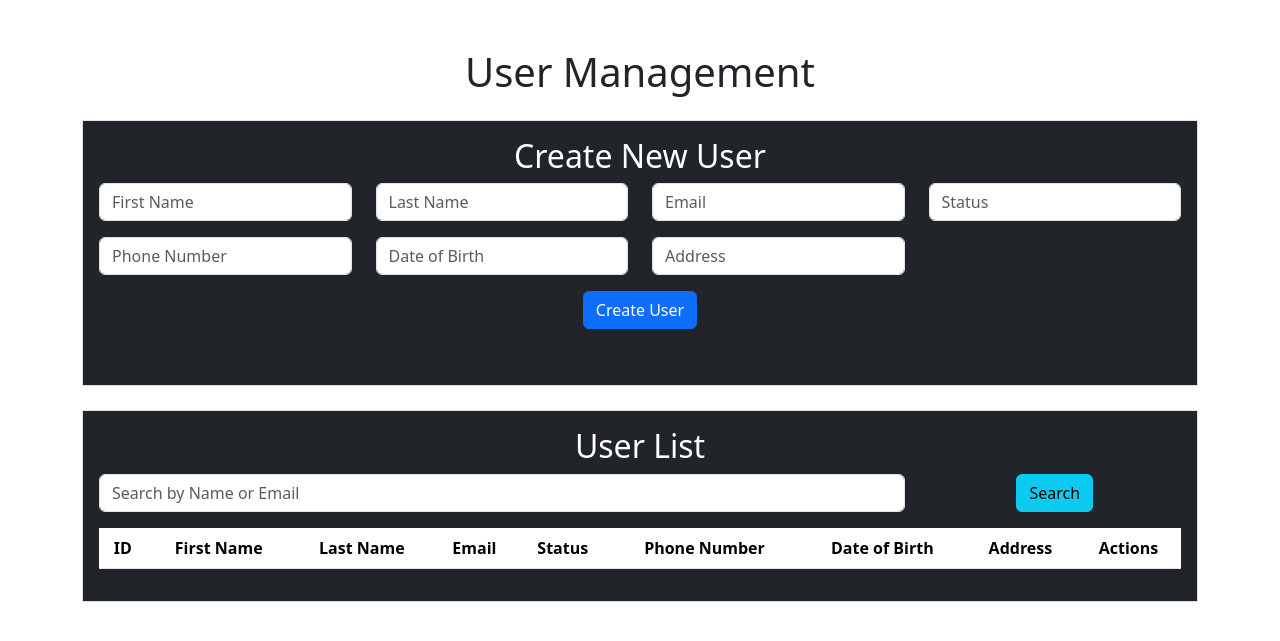
Repository: nairshreejith/reactstudent3
Page: /
The author's editor kept a copy of each file at every save. The page is drawn from the files as they stood at one save, then again after the next save.
The browser window is 1280 px wide. The pictures show the whole page.
The page's requests for data from a server got no answer. The project was rebuilt for these pictures with package versions that can differ from the ones it lists, and the page was loaded fresh each time. No one was signed in, and anything a server would have sent is missing.

Above is the page before, as saved 2023-09-15 15:40:05.

### src/App.js
import React, { useState, useEffect } from 'react';
import './App.css';
import './custom.css';
import axios from 'axios';

// Create an instance of Axios with your server's base URL
const api = axios.create({
  baseURL: 'http://localhost:8091', // Replace with your server's URL
});

function App() {
  const [users, setUsers] = useState([]);
  const [searchTerm, setSearchTerm] = useState('');
  const [newUser, setNewUser] = useState({
    firstname: '',
    lastname: '',
    email: '',
    status: '',
    phonenumber: '',
    dob: '',
    address: '',
  });
  const [editingUser, setEditingUser] = useState(null); // Track the user being edited

  useEffect(() => {
    // Fetch user data from the backend API on component mount
    fetchUsers();
  }, []);

  const fetchUsers = () => {
    api.get(`/api/users`)
      .then((response) => setUsers(response.data))
      .catch((error) => console.error(error));
  };

  const handleSearch = () => {
    // Make a GET request to search users by name or email
    api.get(`/api/users/search/${searchTerm}`)
      .then((response) => setUsers(response.data))
      .catch((error) => console.error(error));
  };

  const handleModifyUser = (id) => {
    // Implement the logic to modify a user's data
    const modifiedUserData = users.find((user) => user.id === id);

    api.put(`/api/users/${id}`, modifiedUserData)
      .then(() => {
        // Refresh user list after modification
        fetchUsers();
        setEditingUser(null); // Clear the editing state
      })
      .catch((error) => console.error(error));
  };

  const handleCreateUser = () => {
    // Make a POST request to create a new user
    api.post('/api/users', newUser)
      .then(() => {
        // Refresh user list after creation
        fetchUsers();
        setNewUser({
          firstname: '',
          lastname: '',
          email: '',
          status: '',
          phonenumber: '',
          dob: '',
          address: '',
        }); // Clear the input fields
      })
      .catch((error) => console.error(error));
  };

  const handleDeleteUser = (id) => {
    // Make a DELETE request to delete a user by ID
    api.delete(`/api/users/${id}`)
      .then(() => {
        // Refresh user list after deletion
        fetchUsers();
      })
      .catch((error) => console.error(error));
  };

  return (
    <div className="App container mt-5">
      <h1 className="mb-4">User Management</h1>
      <div className="border bg-dark text-white p-3 mb-4">
        <h2>Create New User</h2>
        <div className="row">
          <div className="col-md-3">
            <input type="text" className="form-control" placeholder="First Name" value={newUser.firstname} onChange={(e) => setNewUser({ ...newUser, firstname: e.target.value })} />
          </div>
          <div className="col-md-3">
            <input type="text" className="form-control" placeholder="Last Name" value={newUser.lastname} onChange={(e) => setNewUser({ ...newUser, lastname: e.target.value })} />
          </div>
          <div className="col-md-3">
            <input type="text" className="form-control" placeholder="Email" value={newUser.email} onChange={(e) => setNewUser({ ...newUser, email: e.target.value })} />
          </div>
          <div className="col-md-3">
            <input type="text" className="form-control" placeholder="Status" value={newUser.status} onChange={(e) => setNewUser({ ...newUser, status: e.target.value })} />
          </div>
        </div>
        <div className="row mt-3">
          <div className="col-md-3">
            <input type="text" className="form-control" placeholder="Phone Number" value={newUser.phonenumber} onChange={(e) => setNewUser({ ...newUser, phonenumber: e.target.value })} />
          </div>
          <div className="col-md-3">
            <input type="text" className="form-control" placeholder="Date of Birth" value={newUser.dob} onChange={(e) => setNewUser({ ...newUser, dob: e.target.value })} />
          </div>
          <div className="col-md-3">
            <input type="text" className="form-control" placeholder="Address" value={newUser.address} onChange={(e) => setNewUser({ ...newUser, address: e.target.value })} />
          </div>
          <div className="mb-4 p-3">
            <button className="btn btn-primary" onClick={handleCreateUser}>Create User</button>
          </div>
        </div>
      </div>
      <div className="border bg-dark text-white p-3 mb-4">
        <h2>User List</h2>
        <div className="mb-3">
          <div className="row">
            <div className="col-md-9">
              <input type="text" className="form-control" placeholder="Search by Name or Email" value={searchTerm} onChange={(e) => setSearchTerm(e.target.value)} />
            </div>
            <div className="col-md-3">
              <button className="btn btn-info" onClick={handleSearch}>Search</button>
            </div>
          </div>
        </div>
        <table className="table table-striped">
          <thead>
            <tr>
              <th>ID</th>
              <th>First Name</th>
              <th>Last Name</th>
              <th>Email</th>
              <th>Status</th>
              <th>Phone Number</th>
              <th>Date of Birth</th>
              <th>Address</th>
              <th>Actions</th>
            </tr>
          </thead>
          <tbody>
            {users.map((user) => (
              <tr key={user.id}>
                <td>{user.id}</td>
                <td>
                  {editingUser === user.id ? (
                    <input
                      type="text"
                      className="form-control"
                      value={user.firstname}
                      onChange={(e) => {
                        const updatedUser = { ...user, firstname: e.target.value };
                        const updatedUsers = [...users];
                        updatedUsers[updatedUsers.findIndex((u) => u.id === user.id)] = updatedUser;
                        setUsers(updatedUsers);
                      }}
                    />
                  ) : (
                    user.firstname
                  )}
                </td>
                {/* Render other user attributes */}
                <td>{user.lastname}</td>
                <td>{user.email}</td>
                <td>{user.status}</td>
                <td>{user.phonenumber}</td>
                <td>{user.dob}</td>
                <td>{user.address}</td>
                <td>
                  {editingUser === user.id ? (
                    <button className="btn btn-success" onClick={() => handleModifyUser(user.id)}>Save</button>
                  ) : (
                    <>
                      <button className="btn btn-warning" onClick={() => setEditingUser(user.id)}>Edit</button>
                      <button className="btn btn-danger" onClick={() => handleDeleteUser(user.id)}>Delete</button>
                    </>
                  )}
                </td>
              </tr>
            ))}
          </tbody>
        </table>
      </div>
    </div>
  );
}

export default App;

### src/App.css
.App {
  text-align: center;

}


.App-logo {
  height: 40vmin;
  pointer-events: none;
}

@media (prefers-reduced-motion: no-preference) {
  .App-logo {
    animation: App-logo-spin infinite 20s linear;
  }
}

.App-header {
  background-color: black;
  min-height: 100vh;
  display: flex;
  flex-direction: column;
  align-items: center;
  justify-content: center;
  font-size: calc(10px + 2vmin);
  color: white;
}

.App-link {
  color: #61dafb;
}

@keyframes App-logo-spin {
  from {
    transform: rotate(0deg);
  }
  to {
    transform: rotate(360deg);
  }
}

### src/custom.css



body {
    background-color: black;
    color: white; /* Set the text color to white */
}

Loaded but not shown: public/index.html (common file); src/index.js (common file); src/reportWebVitals.js (common file); src/index.css (no stored copy; drawn as an empty file)

After the next save:
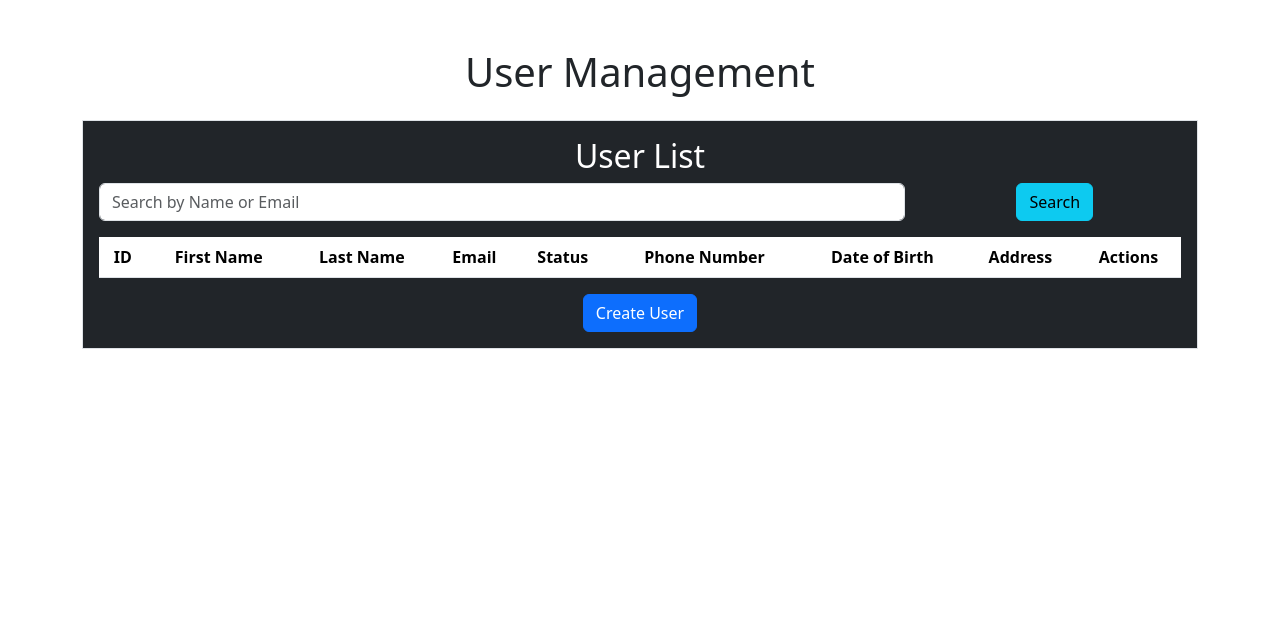
Saved 2 h 9 min later.
--- a/src/App.js
+++ b/src/App.js
@@ -3,7 +3,6 @@
 import './custom.css';
 import axios from 'axios';
 
-// Create an instance of Axios with your server's base URL
 const api = axios.create({
   baseURL: 'http://localhost:8091', // Replace with your server's URL
 });
@@ -20,10 +19,10 @@
     dob: '',
     address: '',
   });
-  const [editingUser, setEditingUser] = useState(null); // Track the user being edited
+  const [editingUser, setEditingUser] = useState(null);
+  const [showCreateForm, setShowCreateForm] = useState(false); // Track whether to display the create user form
 
   useEffect(() => {
-    // Fetch user data from the backend API on component mount
     fetchUsers();
   }, []);
 
@@ -34,30 +33,14 @@
   };
 
   const handleSearch = () => {
-    // Make a GET request to search users by name or email
     api.get(`/api/users/search/${searchTerm}`)
       .then((response) => setUsers(response.data))
       .catch((error) => console.error(error));
   };
 
-  const handleModifyUser = (id) => {
-    // Implement the logic to modify a user's data
-    const modifiedUserData = users.find((user) => user.id === id);
-
-    api.put(`/api/users/${id}`, modifiedUserData)
-      .then(() => {
-        // Refresh user list after modification
-        fetchUsers();
-        setEditingUser(null); // Clear the editing state
-      })
-      .catch((error) => console.error(error));
-  };
-
   const handleCreateUser = () => {
-    // Make a POST request to create a new user
     api.post('/api/users', newUser)
       .then(() => {
-        // Refresh user list after creation
         fetchUsers();
         setNewUser({
           firstname: '',
@@ -67,16 +50,15 @@
           phonenumber: '',
           dob: '',
           address: '',
-        }); // Clear the input fields
+        });
+        setShowCreateForm(false);
       })
       .catch((error) => console.error(error));
   };
 
   const handleDeleteUser = (id) => {
-    // Make a DELETE request to delete a user by ID
     api.delete(`/api/users/${id}`)
       .then(() => {
-        // Refresh user list after deletion
         fetchUsers();
       })
       .catch((error) => console.error(error));
@@ -85,37 +67,6 @@
   return (
     <div className="App container mt-5">
       <h1 className="mb-4">User Management</h1>
-      <div className="border bg-dark text-white p-3 mb-4">
-        <h2>Create New User</h2>
-        <div className="row">
-          <div className="col-md-3">
-            <input type="text" className="form-control" placeholder="First Name" value={newUser.firstname} onChange={(e) => setNewUser({ ...newUser, firstname: e.target.value })} />
-          </div>
-          <div className="col-md-3">
-            <input type="text" className="form-control" placeholder="Last Name" value={newUser.lastname} onChange={(e) => setNewUser({ ...newUser, lastname: e.target.value })} />
-          </div>
-          <div className="col-md-3">
-            <input type="text" className="form-control" placeholder="Email" value={newUser.email} onChange={(e) => setNewUser({ ...newUser, email: e.target.value })} />
-          </div>
-          <div className="col-md-3">
-            <input type="text" className="form-control" placeholder="Status" value={newUser.status} onChange={(e) => setNewUser({ ...newUser, status: e.target.value })} />
-          </div>
-        </div>
-        <div className="row mt-3">
-          <div className="col-md-3">
-            <input type="text" className="form-control" placeholder="Phone Number" value={newUser.phonenumber} onChange={(e) => setNewUser({ ...newUser, phonenumber: e.target.value })} />
-          </div>
-          <div className="col-md-3">
-            <input type="text" className="form-control" placeholder="Date of Birth" value={newUser.dob} onChange={(e) => setNewUser({ ...newUser, dob: e.target.value })} />
-          </div>
-          <div className="col-md-3">
-            <input type="text" className="form-control" placeholder="Address" value={newUser.address} onChange={(e) => setNewUser({ ...newUser, address: e.target.value })} />
-          </div>
-          <div className="mb-4 p-3">
-            <button className="btn btn-primary" onClick={handleCreateUser}>Create User</button>
-          </div>
-        </div>
-      </div>
       <div className="border bg-dark text-white p-3 mb-4">
         <h2>User List</h2>
         <div className="mb-3">
@@ -184,6 +135,42 @@
             ))}
           </tbody>
         </table>
+        <button className="btn btn-primary" onClick={() => setShowCreateForm(!showCreateForm)}>
+          {showCreateForm ? "Cancel" : "Create User"}
+        </button>
+        {showCreateForm && (
+          <div>
+            <h2>Create New User</h2>
+            <div className="row">
+              <div className="col-md-3">
+                <input type="text" className="form-control" placeholder="First Name" value={newUser.firstname} onChange={(e) => setNewUser({ ...newUser, firstname: e.target.value })} />
+              </div>
+              <div className="col-md-3">
+                <input type="text" className="form-control" placeholder="Last Name" value={newUser.lastname} onChange={(e) => setNewUser({ ...newUser, lastname: e.target.value })} />
+              </div>
+              <div className="col-md-3">
+                <input type="text" className="form-control" placeholder="Email" value={newUser.email} onChange={(e) => setNewUser({ ...newUser, email: e.target.value })} />
+              </div>
+              <div className="col-md-3">
+                <input type="text" className="form-control" placeholder="Status" value={newUser.status} onChange={(e) => setNewUser({ ...newUser, status: e.target.value })} />
+              </div>
+            </div>
+            <div className="row mt-3">
+              <div className="col-md-3">
+                <input type="text" className="form-control" placeholder="Phone Number" value={newUser.phonenumber} onChange={(e) => setNewUser({ ...newUser, phonenumber: e.target.value })} />
+              </div>
+              <div className="col-md-3">
+                <input type="text" className="form-control" placeholder="Date of Birth" value={newUser.dob} onChange={(e) => setNewUser({ ...newUser, dob: e.target.value })} />
+              </div>
+              <div className="col-md-3">
+                <input type="text" className="form-control" placeholder="Address" value={newUser.address} onChange={(e) => setNewUser({ ...newUser, address: e.target.value })} />
+              </div>
+              <div className="mb-4 p-3">
+                <button className="btn btn-primary" onClick={handleCreateUser}>Create User</button>
+              </div>
+            </div>
+          </div>
+        )}
       </div>
     </div>
   );

After the save that followed:
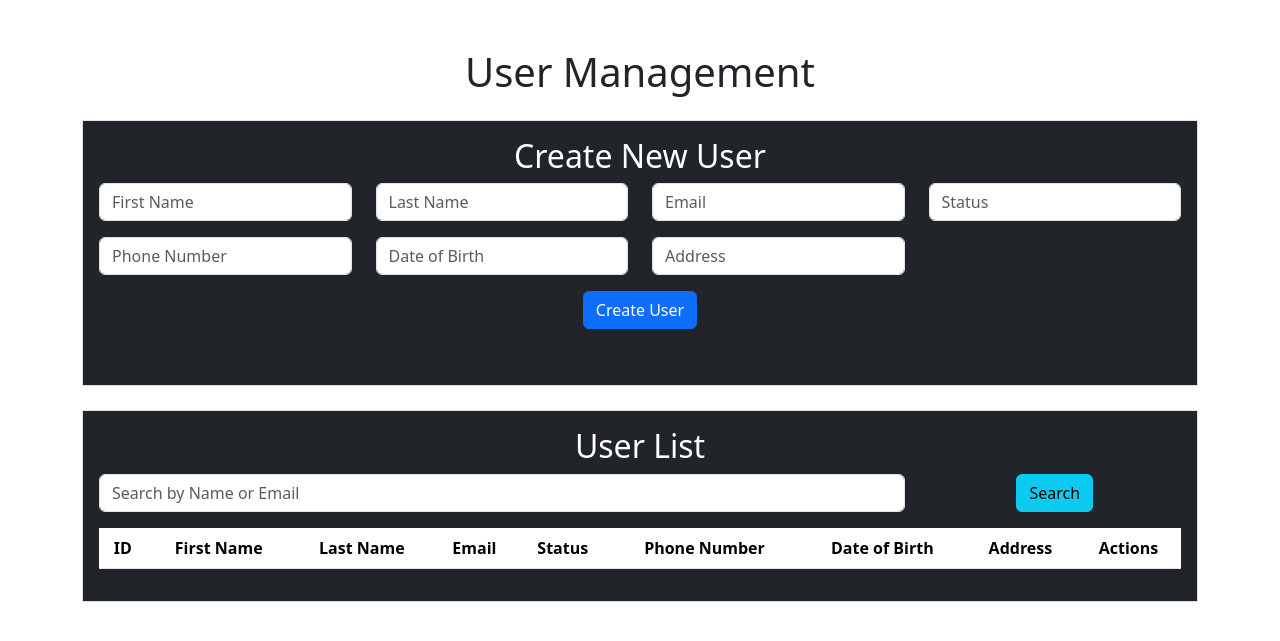
Saved 3 min 2 s later.
--- a/src/App.js
+++ b/src/App.js
@@ -3,6 +3,7 @@
 import './custom.css';
 import axios from 'axios';
 
+// Create an instance of Axios with your server's base URL
 const api = axios.create({
   baseURL: 'http://localhost:8091', // Replace with your server's URL
 });
@@ -19,10 +20,10 @@
     dob: '',
     address: '',
   });
-  const [editingUser, setEditingUser] = useState(null);
-  const [showCreateForm, setShowCreateForm] = useState(false); // Track whether to display the create user form
+  const [editingUser, setEditingUser] = useState(null); // Track the user being edited
 
   useEffect(() => {
+    // Fetch user data from the backend API on component mount
     fetchUsers();
   }, []);
 
@@ -33,14 +34,30 @@
   };
 
   const handleSearch = () => {
+    // Make a GET request to search users by name or email
     api.get(`/api/users/search/${searchTerm}`)
       .then((response) => setUsers(response.data))
       .catch((error) => console.error(error));
   };
 
+  const handleModifyUser = (id) => {
+    // Implement the logic to modify a user's data
+    const modifiedUserData = users.find((user) => user.id === id);
+
+    api.put(`/api/users/${id}`, modifiedUserData)
+      .then(() => {
+        // Refresh user list after modification
+        fetchUsers();
+        setEditingUser(null); // Clear the editing state
+      })
+      .catch((error) => console.error(error));
+  };
+
   const handleCreateUser = () => {
+    // Make a POST request to create a new user
     api.post('/api/users', newUser)
       .then(() => {
+        // Refresh user list after creation
         fetchUsers();
         setNewUser({
           firstname: '',
@@ -50,15 +67,16 @@
           phonenumber: '',
           dob: '',
           address: '',
-        });
-        setShowCreateForm(false);
+        }); // Clear the input fields
       })
       .catch((error) => console.error(error));
   };
 
   const handleDeleteUser = (id) => {
+    // Make a DELETE request to delete a user by ID
     api.delete(`/api/users/${id}`)
       .then(() => {
+        // Refresh user list after deletion
         fetchUsers();
       })
       .catch((error) => console.error(error));
@@ -67,6 +85,37 @@
   return (
     <div className="App container mt-5">
       <h1 className="mb-4">User Management</h1>
+      <div className="border bg-dark text-white p-3 mb-4">
+        <h2>Create New User</h2>
+        <div className="row">
+          <div className="col-md-3">
+            <input type="text" className="form-control" placeholder="First Name" value={newUser.firstname} onChange={(e) => setNewUser({ ...newUser, firstname: e.target.value })} />
+          </div>
+          <div className="col-md-3">
+            <input type="text" className="form-control" placeholder="Last Name" value={newUser.lastname} onChange={(e) => setNewUser({ ...newUser, lastname: e.target.value })} />
+          </div>
+          <div className="col-md-3">
+            <input type="text" className="form-control" placeholder="Email" value={newUser.email} onChange={(e) => setNewUser({ ...newUser, email: e.target.value })} />
+          </div>
+          <div className="col-md-3">
+            <input type="text" className="form-control" placeholder="Status" value={newUser.status} onChange={(e) => setNewUser({ ...newUser, status: e.target.value })} />
+          </div>
+        </div>
+        <div className="row mt-3">
+          <div className="col-md-3">
+            <input type="text" className="form-control" placeholder="Phone Number" value={newUser.phonenumber} onChange={(e) => setNewUser({ ...newUser, phonenumber: e.target.value })} />
+          </div>
+          <div className="col-md-3">
+            <input type="text" className="form-control" placeholder="Date of Birth" value={newUser.dob} onChange={(e) => setNewUser({ ...newUser, dob: e.target.value })} />
+          </div>
+          <div className="col-md-3">
+            <input type="text" className="form-control" placeholder="Address" value={newUser.address} onChange={(e) => setNewUser({ ...newUser, address: e.target.value })} />
+          </div>
+          <div className="mb-4 p-3">
+            <button className="btn btn-primary" onClick={handleCreateUser}>Create User</button>
+          </div>
+        </div>
+      </div>
       <div className="border bg-dark text-white p-3 mb-4">
         <h2>User List</h2>
         <div className="mb-3">
@@ -135,42 +184,6 @@
             ))}
           </tbody>
         </table>
-        <button className="btn btn-primary" onClick={() => setShowCreateForm(!showCreateForm)}>
-          {showCreateForm ? "Cancel" : "Create User"}
-        </button>
-        {showCreateForm && (
-          <div>
-            <h2>Create New User</h2>
-            <div className="row">
-              <div className="col-md-3">
-                <input type="text" className="form-control" placeholder="First Name" value={newUser.firstname} onChange={(e) => setNewUser({ ...newUser, firstname: e.target.value })} />
-              </div>
-              <div className="col-md-3">
-                <input type="text" className="form-control" placeholder="Last Name" value={newUser.lastname} onChange={(e) => setNewUser({ ...newUser, lastname: e.target.value })} />
-              </div>
-              <div className="col-md-3">
-                <input type="text" className="form-control" placeholder="Email" value={newUser.email} onChange={(e) => setNewUser({ ...newUser, email: e.target.value })} />
-              </div>
-              <div className="col-md-3">
-                <input type="text" className="form-control" placeholder="Status" value={newUser.status} onChange={(e) => setNewUser({ ...newUser, status: e.target.value })} />
-              </div>
-            </div>
-            <div className="row mt-3">
-              <div className="col-md-3">
-                <input type="text" className="form-control" placeholder="Phone Number" value={newUser.phonenumber} onChange={(e) => setNewUser({ ...newUser, phonenumber: e.target.value })} />
-              </div>
-              <div className="col-md-3">
-                <input type="text" className="form-control" placeholder="Date of Birth" value={newUser.dob} onChange={(e) => setNewUser({ ...newUser, dob: e.target.value })} />
-              </div>
-              <div className="col-md-3">
-                <input type="text" className="form-control" placeholder="Address" value={newUser.address} onChange={(e) => setNewUser({ ...newUser, address: e.target.value })} />
-              </div>
-              <div className="mb-4 p-3">
-                <button className="btn btn-primary" onClick={handleCreateUser}>Create User</button>
-              </div>
-            </div>
-          </div>
-        )}
       </div>
     </div>
   );
